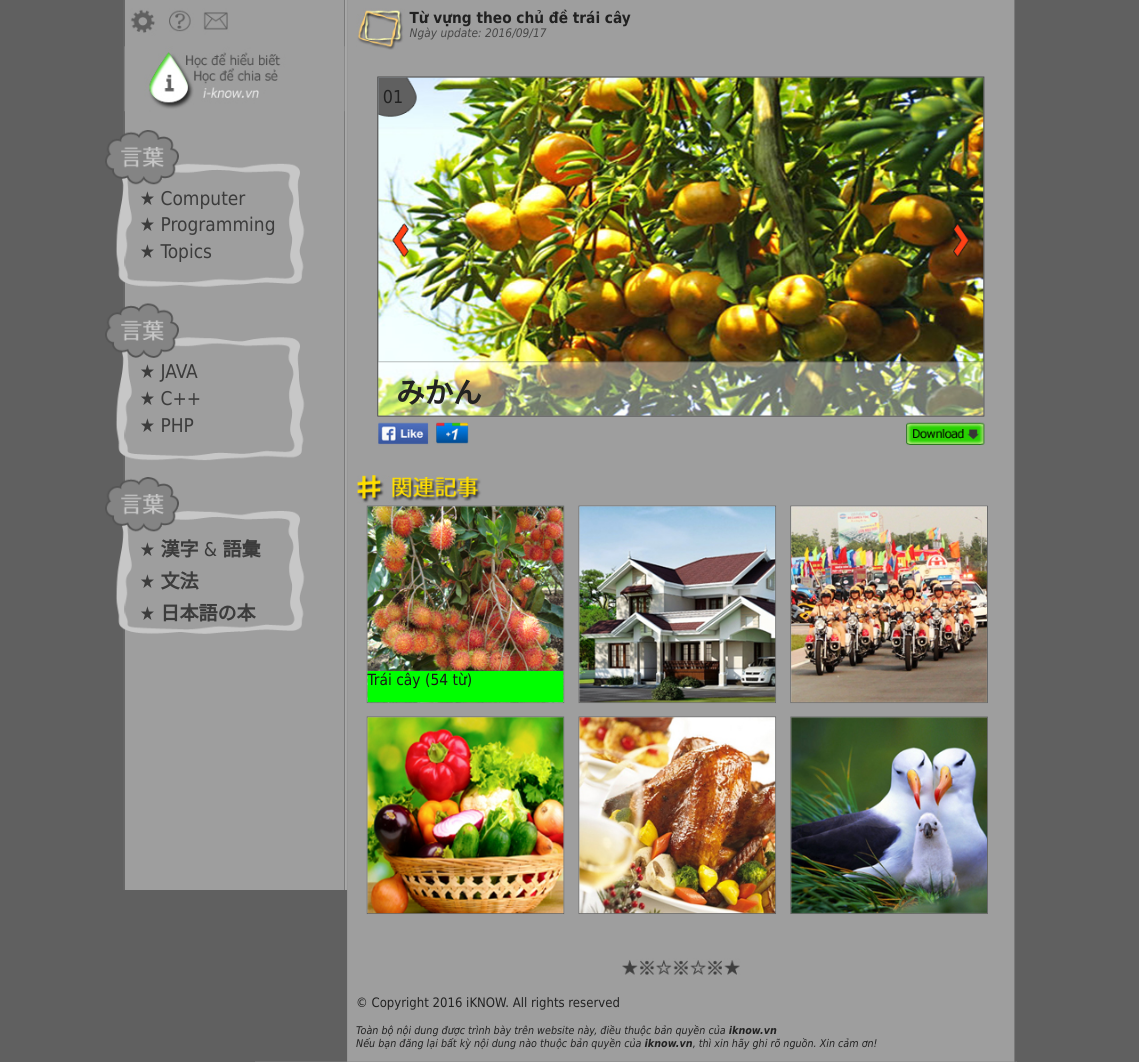
Repository: ruanonglam/_workspace
Page: Web Design/iknow.vn/WebContent/cotoba-view.html
These files come from the project's save history. The page is drawn as it stood at one moment and after a run of saves; the edit follows.
The browser window is 1280 px wide. The pictures show the whole page, at 89% of full size.

Above is the page before, as saved 2016-09-18 05:53:07.

### Web Design/iknow.vn/WebContent/cotoba-view.html
<!DOCTYPE html PUBLIC "-//W3C//DTD HTML 4.01 Transitional//EN" "http://www.w3.org/TR/html4/loose.dtd">
<html>
<head>
<meta http-equiv="Content-Type" content="text/html; charset=UTF-8">
<link rel="icon" type="image/png" href="_img/body/iknow-favorite.png" />
<link rel="stylesheet" type="text/css" href="_css/main.css">
<title>iknow - Từ vựng &bull; Trái cây</title>
<body>
<div id="main_frame">
	<div id="main_body">
		<!-- LEFT -->
		<div id="left_frame">
			<!-- .:Toolbar:. -->
			<div id="left_toolbar">
				<ul id="left_toolbar">
					<li><img alt="Setting" src="_img/body/left-setting-icon.png"></li>
					<li><img alt="About iknow.vn" src="_img/body/left-help-icon.png"></li>
					<li><img alt="Contact" src="_img/body/left-mail-icon.png"></li>
				</ul>
			</div>

			<!-- .:Logo:. -->
			<a href="#" id="logo"><img alt="iknow.vn" src="_img/body/iknow-logo.png"></a>

			<!-- .:Menu1:. -->
			<div class="left_menu">
				<ul>
					<li><a href="#">★ Computer</a></li>
					<li><a href="#">★ Programming</a></li>
					<li><a href="#">★ Topics</a></li>
				</ul>
			</div>

			<!-- .:Menu2:. -->
			<div class="left_menu">
				<ul>
					<li><a href="#">★ JAVA</a></li>
					<li><a href="#">★ C++</a></li>
					<li><a href="#">★ PHP</a></li>
				</ul>
			</div>

			<!-- .:Menu3:. -->
			<div class="left_menu">
				<ul>
					<li><a href="#">★ <b>漢字</b> & <b>語彙</b></a></li>
					<li><a href="#">★ <b>文法</b></a></li>
					<li><a href="#">★ <b>日本語の本</b></a></li>
				</ul>
			</div>

		</div>


		<!-- RIGHT -->
		<div id="right_frame">
			<!-- .:Topic:. -->
			<div id="right_topic">
				<h3>Từ vựng theo chủ đề trái cây</h3>
				<i>Ngày update: 2016/09/17</i>
			</div>

			<!-- .:Vocabulary Show:. -->
			<div id="right_vocab_show">
				<!-- .:Action:. -->
				<div id="right_vocab_action">
					<!-- Left Row -->
					<div id="right_row_left">
						<!-- .:Number:. -->
						<div id="right_vocab_number">01</div>
						<div class="right_row-action">
							<a href="#"><img alt="view-vocabulary" src="_img/body/right-vocab-row-left.png"></a>
						</div>
					</div>
					<!-- Right Row -->
					<div id="right_row_right">
						<div class="right_row-action" id="right_row-action_right">
							<a href="#"><img alt="view-vocabulary" src="_img/body/right-vocab-row-right.png"></a>
						</div>
					</div>
				</div>

				<!-- .:Show vocabulary:. -->
				<h3 id="right_vocab_text">みかん</h3>
				<div id="right_vocab_detail"></div>
			</div>

			<!-- .:Vocabulary toolbar:. -->
			<div id="right_vocab_tool">
				<ul id="left">
					<li><a href="#"><img alt="Facebook liked" src="_img/body/toolbar-facebook.png"></a></li>
					<li><a href="#"><img alt="Google+" src="_img/body/toolbar-google.png"></a></li>
				</ul>

				<ul id="right">
					<li><a href="#"><img alt="Download" src="_img/body/toolbar-download.png"></a></li>
				</ul>
			</div>

			<!-- .:Relate Vocabulary:. -->
			<div id="right_vocab_relate_title"></div>

			<!-- .:Relate Topic Show:. -->
			<!-- .:Line-1:. -->
			<div id="right_vocab_relate_line">
				<div class="right_relate_item">
					<a href="#">
						<img alt="Vocabulary" src="_img/sample/traicay/_thumb_traicay.jpg">
						<div id="_title"></div>
						<font>Trái cây (54 từ)</font>
					</a>
				</div>
				<div class="right_relate_item">
					<a href="#"><img alt="Vocabulary" src="_img/sample/nhacua/_thumb_nhacua.jpg"></a>
				</div>
				<div class="right_relate_item">
					<a href="#"><img alt="Vocabulary" src="_img/sample/giaothong/_thumb_giaothong.jpg"></a>
				</div>
			</div>

			<!-- .:Line-2:. -->
			<div id="right_vocab_relate_line">
				<div class="right_relate_item">
					<a href="#"><img alt="Vocabulary" src="_img/sample/raucu/_thumb_raucu.jpg"></a>
				</div>
				<div class="right_relate_item">
					<a href="#"><img alt="Vocabulary" src="_img/sample/monan/_thumb_monan.jpg"></a>
				</div>
				<div class="right_relate_item">
					<a href="#"><img alt="Vocabulary" src="_img/sample/chim/_thumb_chim.jpg"></a>
				</div>
			</div>

			<!-- .:Footer:. -->
			<div id="footer">
				© Copyright 2016 iKNOW. All rights reserved<br/><br/>
				<i>
					Toàn bộ nội dung được trình bày trên website này, điều thuộc bản quyền của <b>iknow.vn</b>
					<br/>Nếu bạn đăng lại bất kỳ nội dung nào thuộc bản quyền của <b>iknow.vn</b>, thì xin hãy ghi rõ nguồn. Xin cảm ơn!
				</i>
			</div>
		</div>
	</div>
</div>

</head>
<body>

</body>
</html>

### Web Design/iknow.vn/WebContent/_css/main.css
*{
	padding: 0;
	margin: 0;
}
body{
	background: #606060;
	font-family: Tahoma, "Times New Roman", Arial, "MS PMincho","MS Gothic";
	font-size: 11pt;
	color: #222222;
}
a img{
	border: none;
	text-decoration: none;
}

div#main_frame{
	margin: auto;
	width: 1200px;
	height: auto;
}

div#main_body{
	margin: auto;
	width: 1002px;
	height: auto;
	border: 1px solid #454545;
	border-bottom: none;
	border-top: none;
	background: #9E9E9E;
}

/**********************************************************/
/**********************************************************/
/**********************************************************/
/**********************************************************/
/**********************************************************/
/**********************************************************/
div#left_frame{
	float: left;
	width: 250px;
	min-height: 1000px;
	height: auto;
	border-left: 1px solid #454545;
	background: #9E9E9E url("../_img/body/left-body-bg.png") repeat-y;
}

div#left_toolbar{
	display: block;
	height: 32px;
	margin-top: 10px;
	margin-bottom: 10px;
}
ul#left_toolbar li{
	display: inline-block;
	margin-left: 5px;
}

a#logo{
	display: block;
	margin-bottom: 20px;
}


div.left_menu{
	display: block;
	position: relative;
	left: -23px;
	width: 190px;
	height: 115px;
	margin-bottom:15px;
	padding-left: 40px;
	padding-top: 65px;
	background: url("../_img/body/left-menu-group-bg.png");
}
div.left_menu ul li{
	display: block;
	color: #3C3C3C;
	font-size: 16pt;
	margin-bottom: 5px;
}
div.left_menu ul li a{
	text-decoration: none;
	color: #3C3C3C;
}
div.left_menu ul li a:HOVER{
	color: #FFFFFF;
}


/**********************************************************/
/**********************************************************/
/**********************************************************/
/**********************************************************/
/**********************************************************/
/**********************************************************/
div#right_frame{
	float: right;
	width: 730px;
	padding: 10px;
	min-height: 980px;
	border-right: 1px solid #454545;
	background: #9E9E9E;
}

div#right_topic{
	display: block;
	width: 670px;
	height: 46px;
	padding-left: 60px;
	margin-bottom: 30px;
	background: url("../_img/body/right-topic-icon.png") no-repeat;
}
div#right_topic h3{
	color: #212121;
}
div#right_topic i{
	color: #484848;
	font-size: 10pt;
}

div#right_vocab_show{
	display: block;
	width: 680px;
	height: 380px;
	margin: auto;
	border: 1px solid #454545;
	background: url("../_img/sample/traicay/1.jpg");
}
div#right_vocab_action{
	display: block;
	width: 100%;
	height: 320px;
}
div#right_vocab_detail{
	display: block;
	position: relative;
	bottom: 1px;
	width: 100%;
	height: 60px;
	opacity: 0.4;
    filter: alpha(opacity=40);
	background: #FFFFFF;
	border-top: 1px solid #454545;
}
div#right_row_left{
	float: left;
	width: 50px;
	height: 100%;
	background: url("../_img/body/right-vocab-num.png") no-repeat;
}
div.right_row-action{
	margin-top: 110px;
}
div#right_row-action_right{
	margin-top: 160px;
}
div#right_vocab_number{
	width: 45px;
	height: 40px;
	padding-top: 10px;
	padding-left: 5px;
	font-size: 15pt;
}
div#right_row_right{
	float: right;
	width: 50px;
	height: 100%;
}

h3#right_vocab_text{
	display: block;
	position: absolute;
	z-index: 1;
	width: 660px;
	height: 51px;
	font-size: 24pt;
	padding-left: 20px;
	padding-top: 7pt;
}

div#right_vocab_tool{
	clear: both;
	display: block;
	width: 684px;
	height: 45px;
	padding-top: 5px;
	margin-top: 15px;
	margin: auto;
}
div#right_vocab_tool ul#left{
	float: left;
}
div#right_vocab_tool ul#right{
	float: right;
}
div#right_vocab_tool ul li{
	display: inline-block;
}


/***/
div#right_vocab_relate_title{
	display: block;
	width: 100%;
	height: 35px;
	margin-top: 15px;
	background: url("../_img/body/right-topic-relate.png") no-repeat;
}

/***/
div#right_vocab_relate_line{
	display: block;
	width: 718px;
	height: 222px;
	padding-left: 12px;
	margin-bottom: 15px;
}

div.right_relate_item{
	float: left;
	width: 220px;
	height: 220px;
	margin-right: 16px;
	border: 1px solid #5F5F5F;
	background: #C7C7C7;
}
div.right_relate_item a{
	text-decoration: none;
}
div.right_relate_item div#_title{
	position: relative;
	width: 100%;
	height: 35px;
	margin-top: -36px;
	z-index: 1;
	opacity: 0.4;
    filter: alpha(opacity=40);
    border-top: 1px solid #454545;
    background: #FFFFFF;
}
div.right_relate_item font{
	display: block;
	position: relative;
	width: 100%;
	height: 35px;
	margin-top: -35px;
	z-index: 1000;
	font-size: 13pt;
	color: #181818;
	background: lime;
}


/**********************************/
div#footer{
	display: block;
	position: static;
	width: 730px;
	height: 66px;
	margin-top: 50px;
	padding-top: 40px;
	bottom: 0;
	background:url("../_img/body/footer-bg.png") no-repeat center top;
}
div#footer i{
	font-size: 9pt;
}

After the next 2 saves:
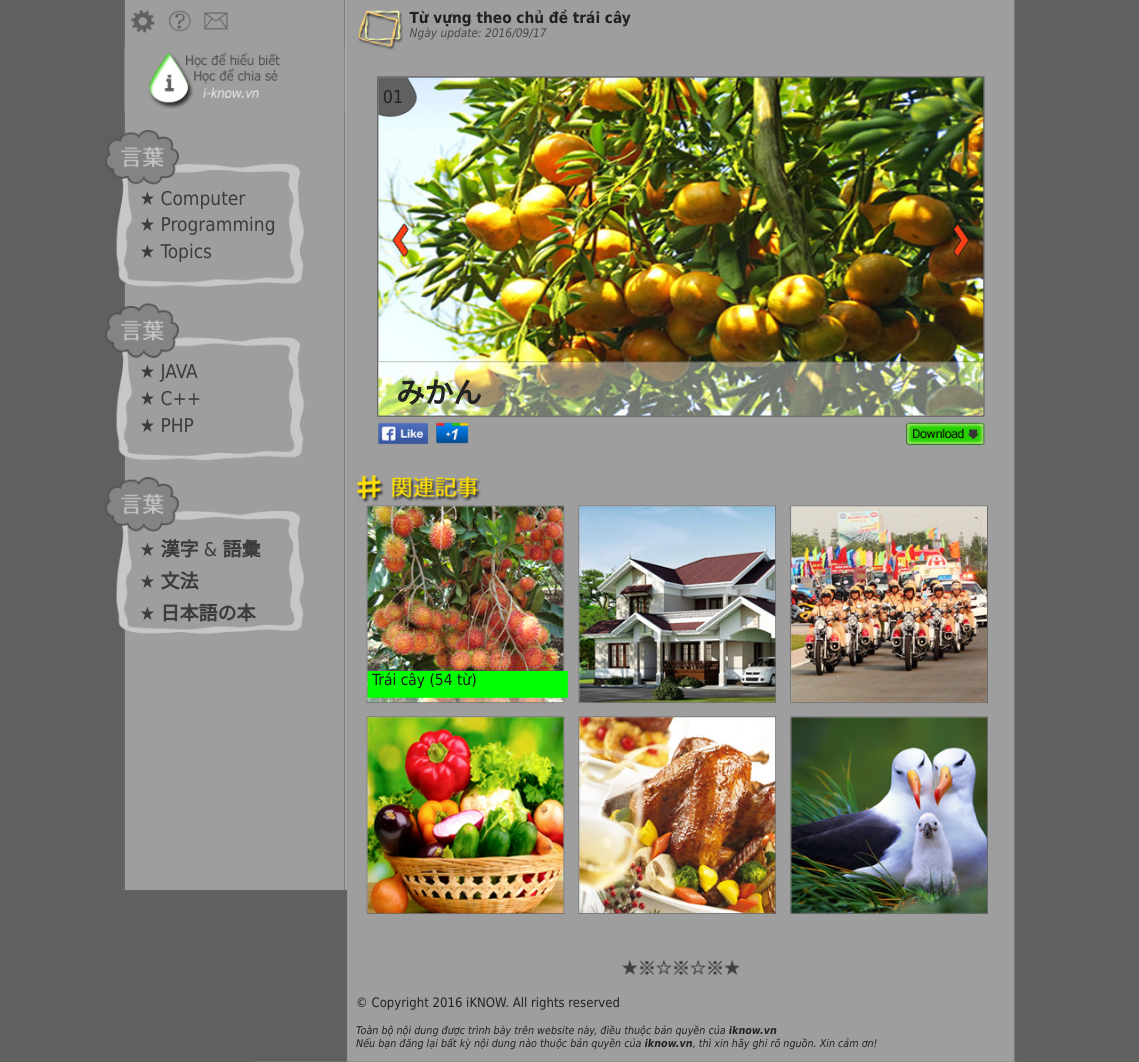
The 2 saves are shown as one change because they came seconds apart.
The last was saved 22 s later.
--- a/Web Design/iknow.vn/WebContent/_css/main.css
+++ b/Web Design/iknow.vn/WebContent/_css/main.css
@@ -242,10 +242,11 @@ div.right_relate_item font{
 	display: block;
 	position: relative;
 	width: 100%;
-	height: 35px;
+	height: 30px;
 	margin-top: -35px;
 	z-index: 1000;
 	font-size: 13pt;
+	padding-left: 5px;
 	color: #181818;
 	background: lime;
 }
